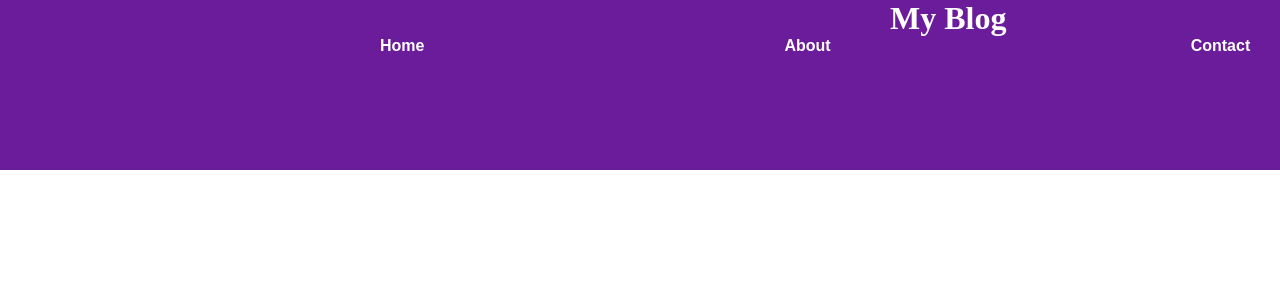
Repository: Femi007-gh/BLOG
Page: index.html
An editor plug-in stored every save of this project. The page is shown before and after the next save, followed by the edit.
The browser window is 1280 px wide. The pictures show the whole page.

Above is the page before, as saved 2025-01-08 07:07:23.

### index.html
<html>
  <head>
    <title>BLOG</title>
    <link rel="stylesheet" href="style.css">
  </head>
  <body>
    <header>
      <h1 class="head">My Blog</h1>
      <nav>
        <ul>
          <li><a href="#">Home</a></li>
          <li><a href="#">About</a></li>
          <li><a href="#">Contact</a></li>
        </ul>
      </nav>
    </header>
  </body>
</html>

### style.css
header {
  background-color: 6B1C9B;
  color: white;
  height: 170px;
}
* {
  margin: 0;
  padding: 0;
}

.desc {
  max-width: 1200px;
  margin: o auto;
  display: flex;
  align-items: center;
  justify-content: space-between;
}

header h1 {
  margin-left:890px;
}

nav ul {
  list-style-type: none;
  display:  flex;
}


 li a {
  color: white;
  text-decoration: none;
  font-weight: bold;
  margin-left: 380px;
  justify-content: space-evenly;
  margin-right: -20px;
}

li a{
  text-decoration: none;
  font-family: Arial;
}

After the next save:
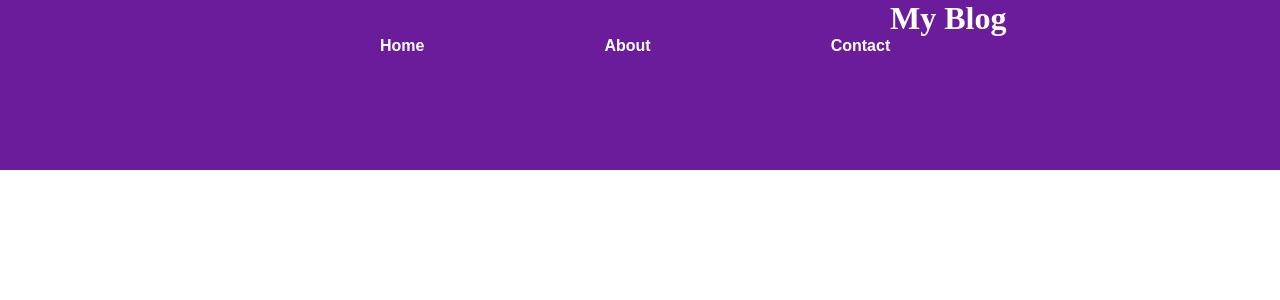
Saved 5 s later.
--- a/style.css
+++ b/style.css
@@ -32,7 +32,7 @@ nav ul {
   font-weight: bold;
   margin-left: 380px;
   justify-content: space-evenly;
-  margin-right: -20px;
+  margin-right: -200px;
 }
 
 li a{
